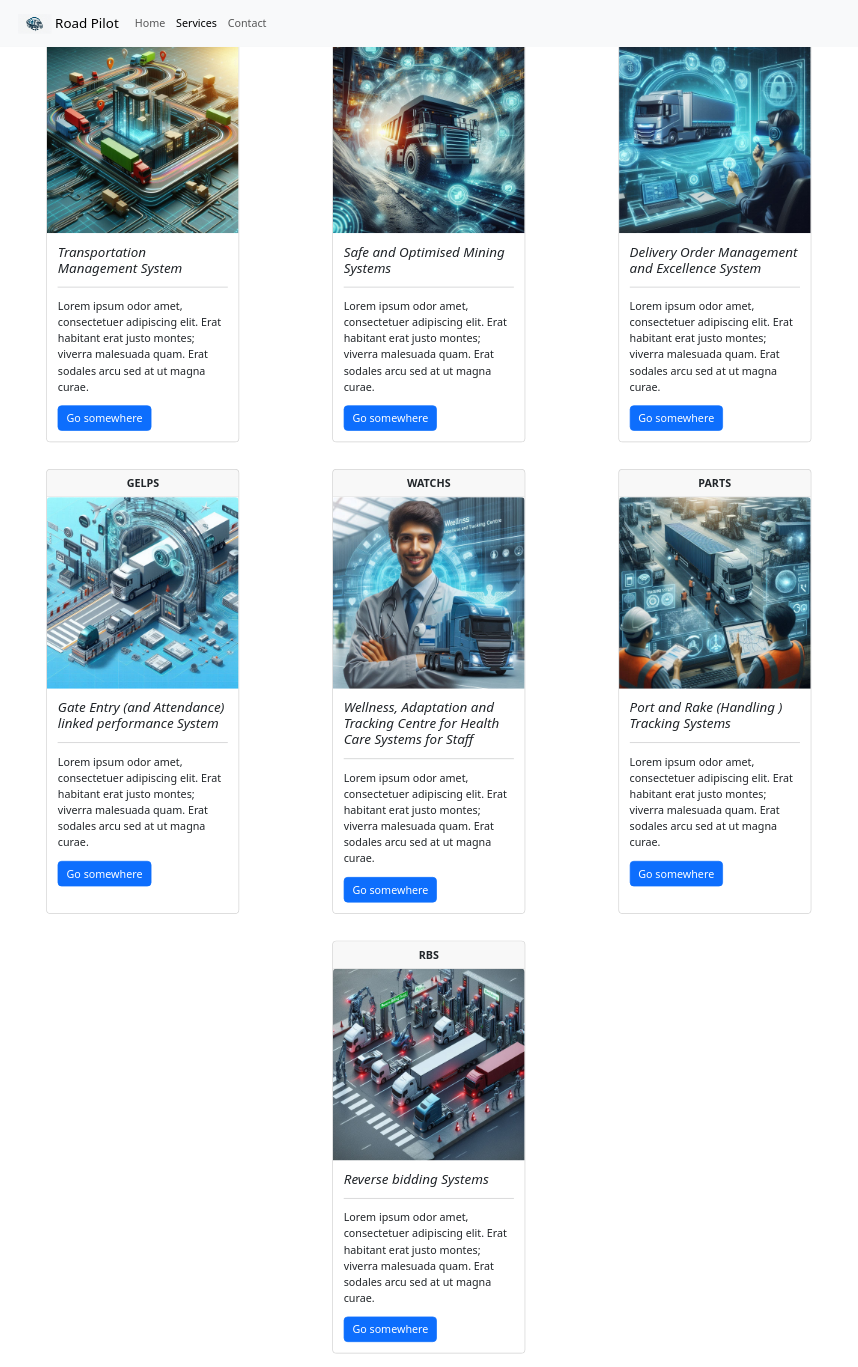
Repository: VictoriousMango/WebCreator
Page: pages/Services.html
These files come from the project's save history. The page is drawn as it stood at one moment and after the next save; the edit follows.
The browser window is 1280 px wide. The pictures show the whole page, at 67% of full size.

Above is the page before, as saved 2024-11-09 12:10:31.

### pages/Services.html
<!DOCTYPE html>
<html lang="en">

<head>
    <meta charset="UTF-8">
    <meta name="viewport" content="width=device-width, initial-scale=1.0">
    <title>Web Creator</title>
    <link href="https://cdn.jsdelivr.net/npm/bootstrap@5.3.3/dist/css/bootstrap.min.css" rel="stylesheet"
        integrity="sha384-QWTKZyjpPEjISv5WaRU9OFeRpok6YctnYmDr5pNlyT2bRjXh0JMhjY6hW+ALEwIH" crossorigin="anonymous">
    <link rel="stylesheet" href="../assets/css/services.css">
</head>

<body>
    <!-- Navbar -->
    <nav class="navbar navbar-expand-lg bg-body-tertiary">
        <div class="container-fluid">
            <a class="navbar-brand" href="#">
                <img src="../assets/images/Logo.png" alt="Logo" width="50px" class="d-inline-block align-text-top">
                Road Pilot
            </a>
            <button class="navbar-toggler" type="button" data-bs-toggle="collapse" data-bs-target="#navbarNav"
                aria-controls="navbarNav" aria-expanded="false" aria-label="Toggle navigation">
                <span class="navbar-toggler-icon"></span>
            </button>
            <div class="collapse navbar-collapse" id="navbarNav">
                <ul class="navbar-nav">
                    <li class="nav-item">
                        <a class="nav-link" href="../">Home</a>
                    </li>
                    <li class="nav-item">
                        <a class="nav-link active" aria-current="page" href="#">Services</a>
                    </li>
                    <li class="nav-item">
                        <a class="nav-link" href="./contact.html">Contact</a>
                    </li>
                </ul>
            </div>
        </div>
    </nav>
    <!-- NavBar -->
    <!-- Solutions/Softwares we may provide
            *Transportation Management System (TRAMS)
            *Safe and Optimised Mining Systems (SOMS)
            *Delivery Order Management and Excellence System (DOMES)
            *Gate Entry (and Attendance) linked performance System (GELPS)
            *Wellness ,Adaptation and Tracking Centre for Health Care Systems for Staff(WATCHS)
            *Port and Rake (Handling ) Tracking Systems(PARTS)
            *Reverse bidding Systems
    -->
    <div class="services">
        <!-- TRAMS -->
        <div class="card" style="width: 18rem;">
            <div class="card-header">
                <b>TRAMS</b>
            </div>
            <img src="../assets/images/TRAMS.png" class="card-img-top" alt="...">
            <div class="card-body">
                <h5 class="card-title"><i>Transportation Management System</i></h5>
                <hr>
                <p class="card-text">Lorem ipsum odor amet, consectetuer adipiscing elit. Erat habitant erat justo montes; viverra malesuada quam. Erat sodales arcu sed at ut magna curae.</p>
                <a href="#" class="btn btn-primary">Go somewhere</a>
            </div>
        </div>
        <!-- SOMS -->
        <div class="card" style="width: 18rem;">
            <div class="card-header">
                <b>SOMS</b>
            </div>
            <img src="../assets/images/SOMS.png" class="card-img-top" alt="...">
            <div class="card-body">
                <h5 class="card-title"><i>Safe and Optimised Mining Systems</i></h5>
                <hr>
                <p class="card-text">Lorem ipsum odor amet, consectetuer adipiscing elit. Erat habitant erat justo montes; viverra malesuada quam. Erat sodales arcu sed at ut magna curae.</p>
                <a href="#" class="btn btn-primary">Go somewhere</a>
            </div>
        </div>
        <!-- DOMES -->
        <div class="card" style="width: 18rem;">
            <div class="card-header">
                <b>DOMES</b>
            </div>
            <img src="../assets/images/DOMES.png" class="card-img-top" alt="...">
            <div class="card-body">
                <h5 class="card-title"><i>Delivery Order Management and Excellence System</i></h5>
                <hr>
                <p class="card-text">Lorem ipsum odor amet, consectetuer adipiscing elit. Erat habitant erat justo montes; viverra malesuada quam. Erat sodales arcu sed at ut magna curae.</p>
                <a href="#" class="btn btn-primary">Go somewhere</a>
            </div>
        </div>
        <!-- GELPS -->
        <div class="card" style="width: 18rem;">
            <div class="card-header">
                <b>GELPS</b>
            </div>
            <img src="../assets/images/GELPS.png" class="card-img-top" alt="...">
            <div class="card-body">
                <h5 class="card-title"><i>
                    Gate Entry (and Attendance) linked performance System
                </i></h5>
                <hr>
                <p class="card-text">Lorem ipsum odor amet, consectetuer adipiscing elit. Erat habitant erat justo montes; viverra malesuada quam. Erat sodales arcu sed at ut magna curae.</p>
                <a href="#" class="btn btn-primary">Go somewhere</a>
            </div>
        </div>
        <!-- WATCHS -->
        <div class="card" style="width: 18rem;">
            <div class="card-header">
                <b>WATCHS</b>
            </div>
            <img src="../assets/images/WATCHS.png" class="card-img-top" alt="...">
            <div class="card-body">
                <h5 class="card-title"><i>Wellness, Adaptation and Tracking Centre for Health Care Systems for Staff</i></h5>
                <hr>
                <p class="card-text">Lorem ipsum odor amet, consectetuer adipiscing elit. Erat habitant erat justo montes; viverra malesuada quam. Erat sodales arcu sed at ut magna curae.</p>
                <a href="#" class="btn btn-primary">Go somewhere</a>
            </div>
        </div>
        <!-- PARTS -->
        <div class="card" style="width: 18rem;">
            <div class="card-header">
                <b>PARTS</b>
            </div>
            <img src="../assets/images/PARTS.png" class="card-img-top" alt="...">
            <div class="card-body">
                <h5 class="card-title"><i>Port and Rake (Handling ) Tracking Systems</i></h5>
                <hr>
                <p class="card-text">Lorem ipsum odor amet, consectetuer adipiscing elit. Erat habitant erat justo montes; viverra malesuada quam. Erat sodales arcu sed at ut magna curae.</p>
                <a href="#" class="btn btn-primary">Go somewhere</a>
            </div>
        </div>
        <!-- RBS -->
        <div class="card" style="width: 18rem;">
            <div class="card-header">
                <b>RBS</b>
            </div>
            <img src="../assets/images/RBS.png" class="card-img-top" alt="...">
            <div class="card-body">
                <h5 class="card-title"><i>Reverse bidding Systems</i></h5>
                <hr>
                <p class="card-text">Lorem ipsum odor amet, consectetuer adipiscing elit. Erat habitant erat justo montes; viverra malesuada quam. Erat sodales arcu sed at ut magna curae.</p>
                <a href="#" class="btn btn-primary">Go somewhere</a>
            </div>
        </div>
    </div>


    <!-- Scripts -->
    <script src="https://cdn.jsdelivr.net/npm/bootstrap@5.3.3/dist/js/bootstrap.bundle.min.js"
        integrity="sha384-YvpcrYf0tY3lHB60NNkmXc5s9fDVZLESaAA55NDzOxhy9GkcIdslK1eN7N6jIeHz"
        crossorigin="anonymous"></script>
    <script src="https://cdn.jsdelivr.net/npm/@popperjs/core@2.11.8/dist/umd/popper.min.js"
        integrity="sha384-I7E8VVD/ismYTF4hNIPjVp/Zjvgyol6VFvRkX/vR+Vc4jQkC+hVqc2pM8ODewa9r"
        crossorigin="anonymous"></script>
    <script src="https://cdn.jsdelivr.net/npm/bootstrap@5.3.3/dist/js/bootstrap.min.js"
        integrity="sha384-0pUGZvbkm6XF6gxjEnlmuGrJXVbNuzT9qBBavbLwCsOGabYfZo0T0to5eqruptLy"
        crossorigin="anonymous"></script>
</body>

</html>

### assets/css/services.css
.navbar {
    background-color: #333;
    color: white;
    padding: 15px;
    position: fixed; /* Make the navbar fixed */
    top: 0; /* Stick to the top */
    width: 100%; /* Full width */
    z-index: 1000; /* Ensure it stays above other content */
}

.services {
    display: flex;
    flex-wrap: wrap;
    justify-content: space-around;
}

.card {
    width: 200px;
    margin: 20px;
}

.card:hover {
    transform: scale(1.05);
    transition: ease-in-out;
    box-shadow: 0 0 20px rgba(0, 217, 255, 0.7); /* Change the color and intensity as needed */
}

.card-header {
    display: flex;
    justify-content: center;
}

After the next save:
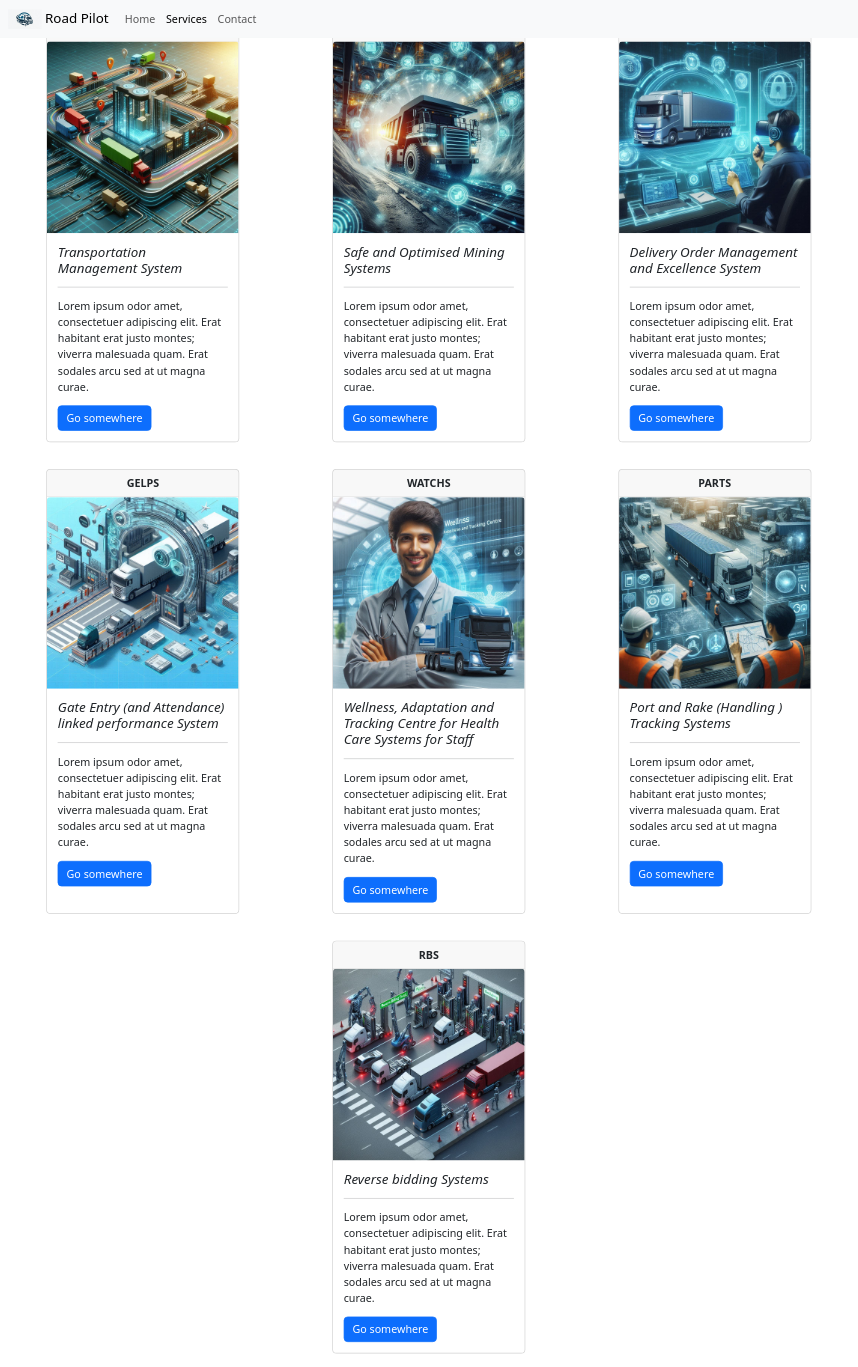
Saved 23 s later.
--- a/assets/css/services.css
+++ b/assets/css/services.css
@@ -1,7 +1,7 @@
 .navbar {
     background-color: #333;
     color: white;
-    padding: 15px;
+    /* padding: 15px; */
     position: fixed; /* Make the navbar fixed */
     top: 0; /* Stick to the top */
     width: 100%; /* Full width */
